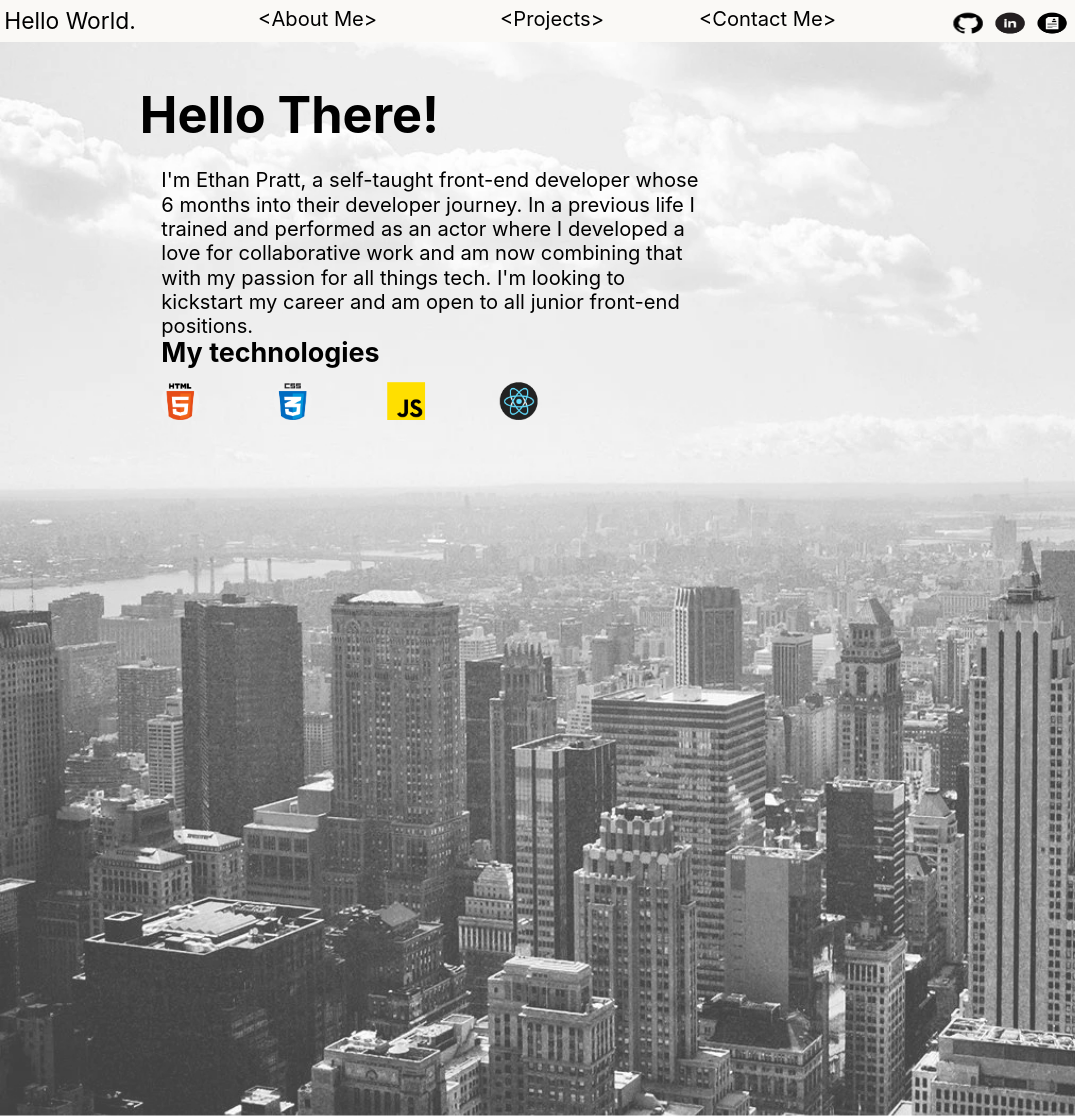
Repository: ghend99/website_ethan_pratt
Page: /about
These files come from the project's save history. The page is drawn as it stood at one moment and after the next save; the edit follows.
The browser window is 1280 px wide. The pictures show the whole page, at 84% of full size.
The project was rebuilt for these pictures with package versions that can differ from the ones it lists, and the page was loaded fresh each time. Also part of the build but not shown: src/pages/home.js, src/pages/project.js, src/css/contact.css, src/pages/contact.js.

Above is the page before, as saved 2023-04-03 11:59:23.

After the next save:
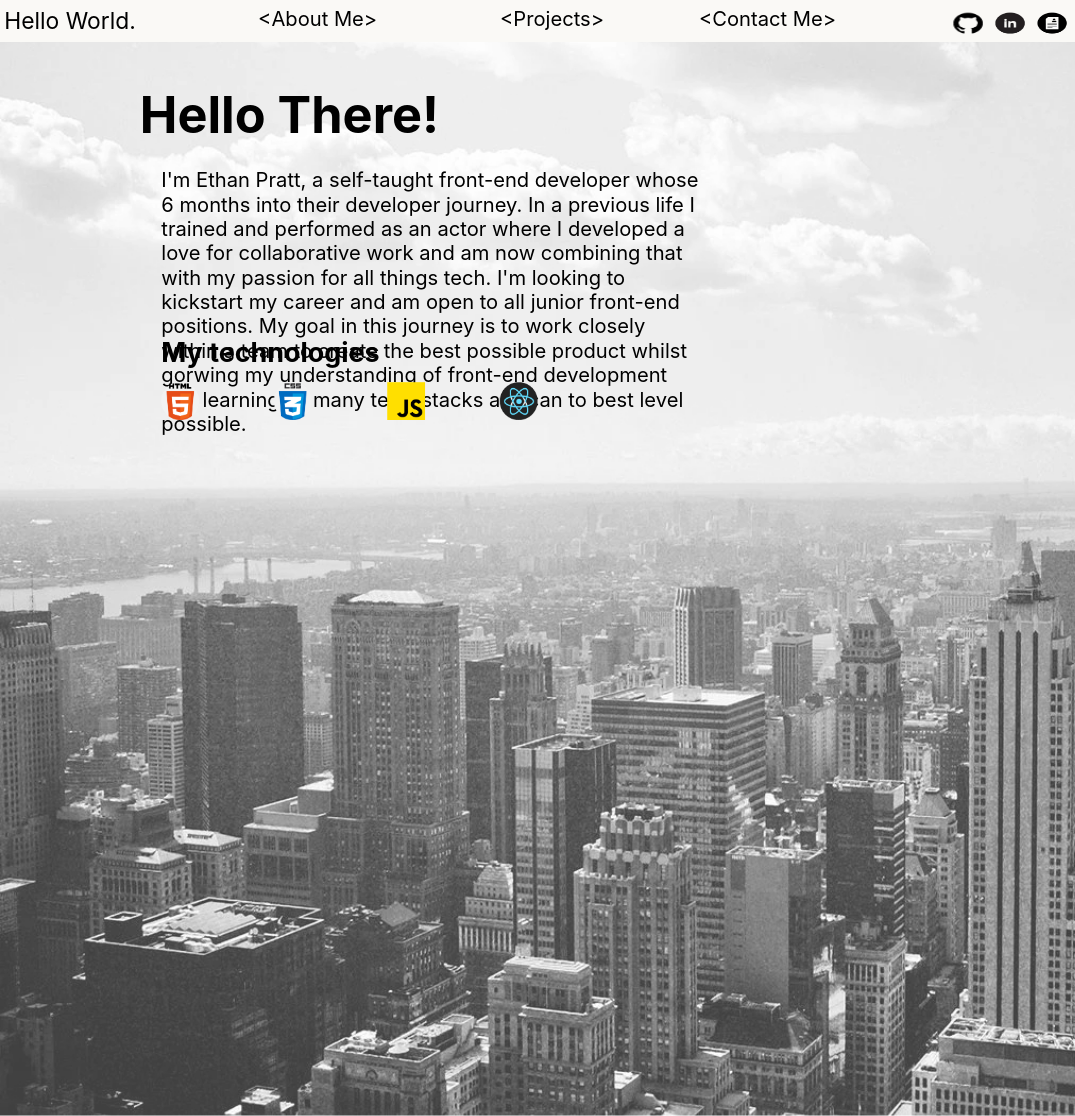
Saved 3 min 35 s later.
--- a/src/pages/about.js
+++ b/src/pages/about.js
@@ -20,7 +20,10 @@ export const About = () => {
               performed as an actor where I developed a love for collaborative
               work and am now combining that with my passion for all things
               tech. I'm looking to kickstart my career and am open to all junior
-              front-end positions.
+              front-end positions. My goal in this journey is to work closely
+              within a team to create the best possible product whilst gorwing
+              my understanding of front-end development and learning as many
+              tech-stacks as I can to best level possible.
             </p>
           </section>
         </div>
